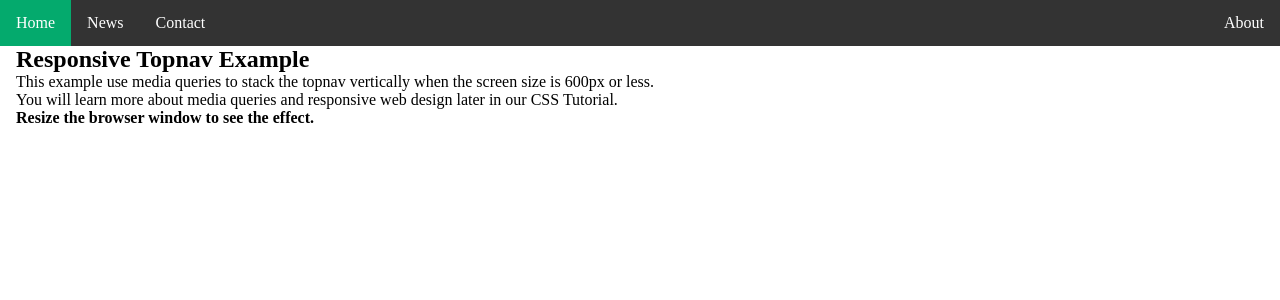
Repository: RPSKumara/DPEdudationPyhton
Page: ResponsiveWebAssigment/index.html
The author's editor kept a copy of each file at every save. The page is drawn from the files as they stood at one save, then again after the next save.
The browser window is 1280 px wide. The pictures show the whole page.

Above is the page before, as saved 2022-04-22 13:08:53.

After the next save:
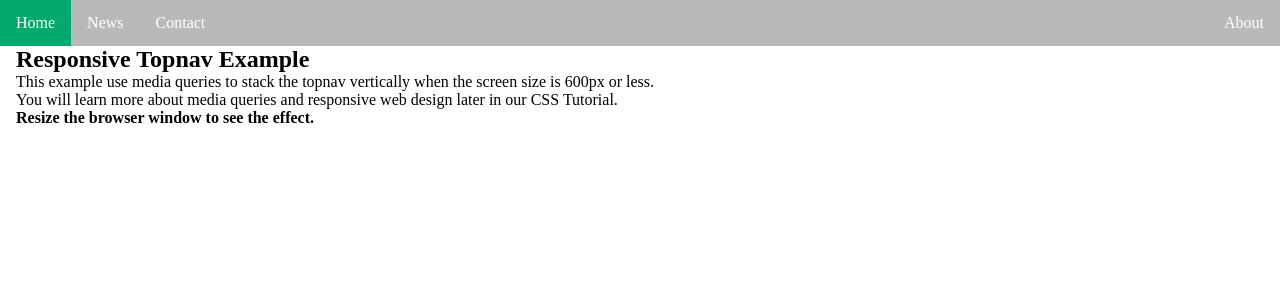
Saved 14 s later.
--- a/ResponsiveWebAssigment/style.css
+++ b/ResponsiveWebAssigment/style.css
@@ -7,7 +7,7 @@
 	margin: 0;
 	padding: 0;
 	overflow: hidden;
-	background-color: #333;
+	background-color: rgba(51, 51, 51, 0.342);
 }
 
 ul.topnav li {

After the save that followed:
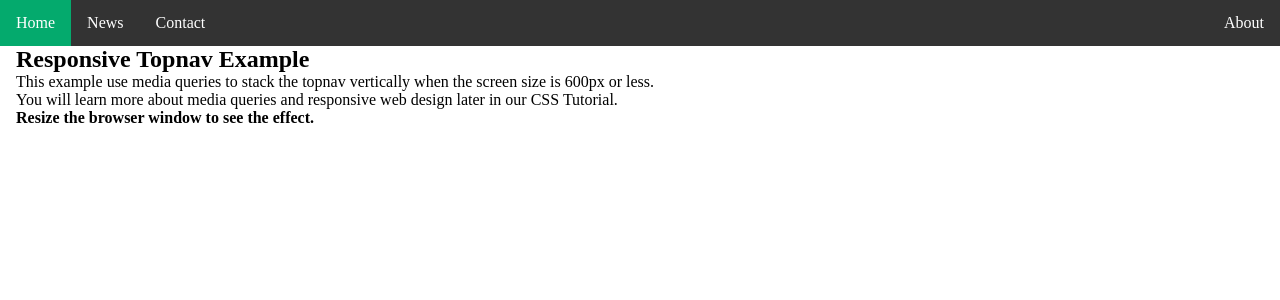
Saved 8 s later.
--- a/ResponsiveWebAssigment/style.css
+++ b/ResponsiveWebAssigment/style.css
@@ -7,7 +7,7 @@
 	margin: 0;
 	padding: 0;
 	overflow: hidden;
-	background-color: rgba(51, 51, 51, 0.342);
+	background-color: #333;
 }
 
 ul.topnav li {
